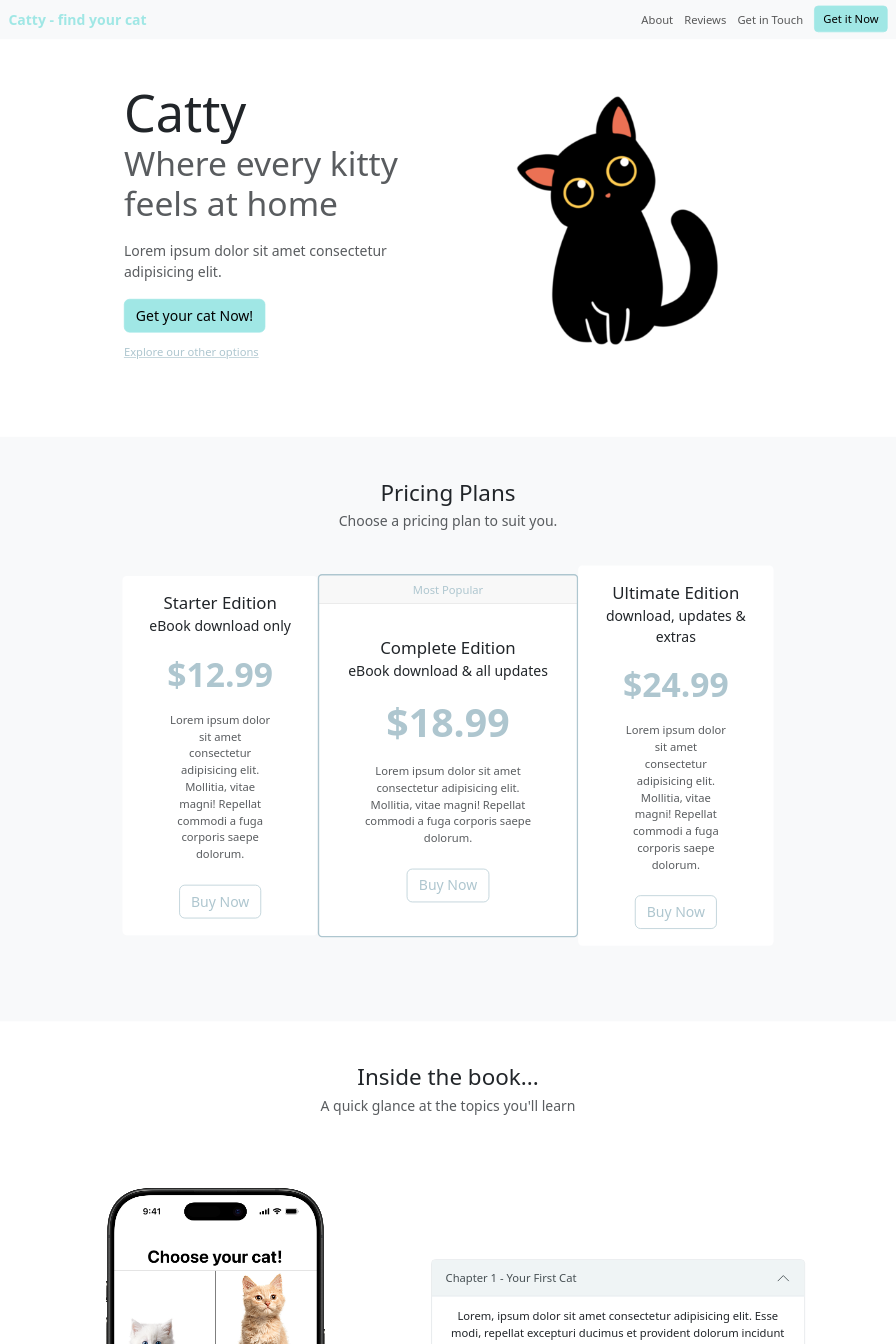
Repository: rihebtlh/catty-storefront
Page: index.html
The author's editor kept a copy of each file at every save. The page is drawn from the files as they stood at one save, then again after the next save.
The browser window is 1280 px wide. The pictures show the part of the page from y = 0 to 1920 px (the page is 4528 px tall before and 4530 px after), at 70% of full size.
The style sheet was rebuilt from its Sass, Less or Tailwind sources for each picture, by a compiler version that may differ from the author's.

Above is the page before, as saved 2025-06-23 19:06:56.

After the next save:
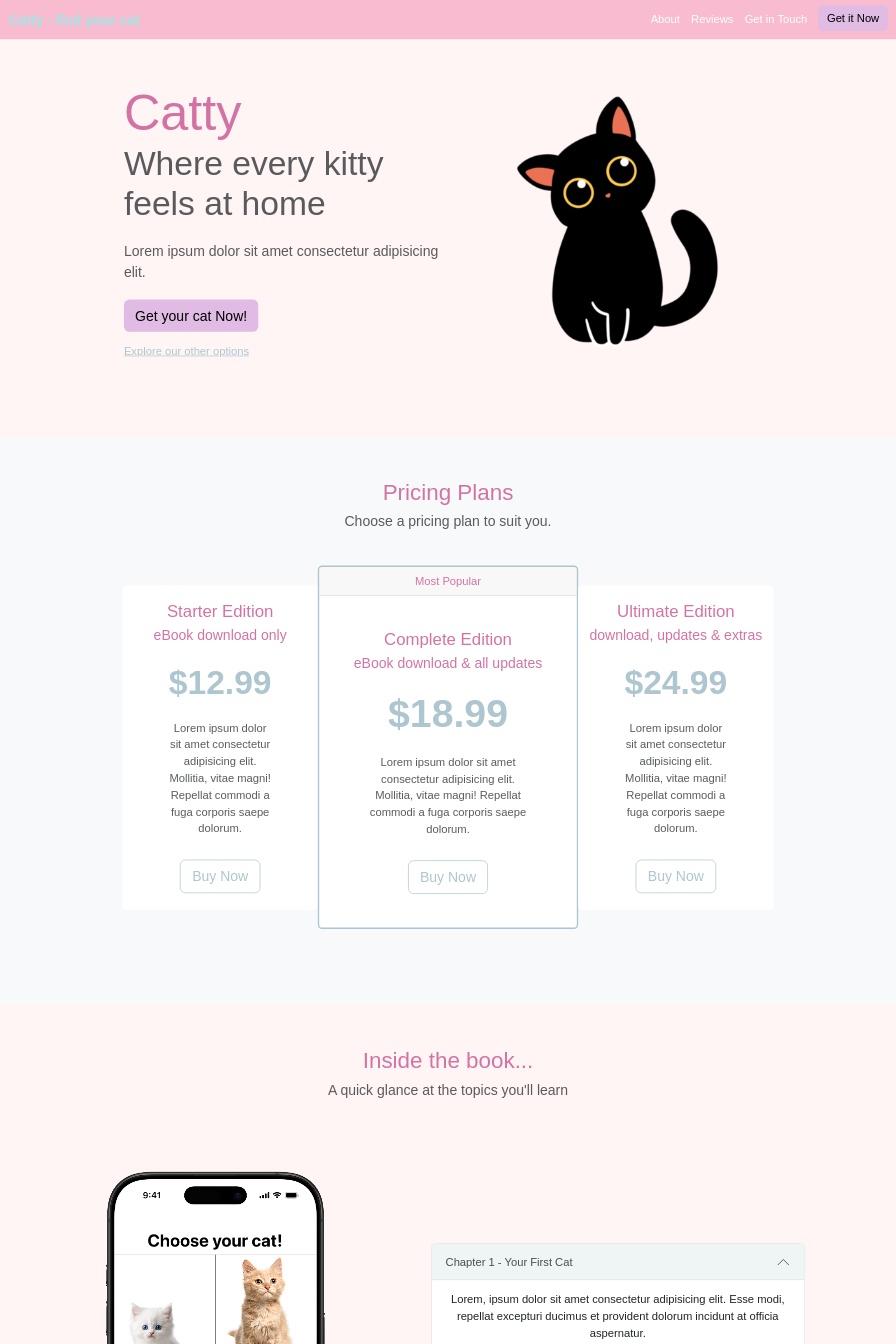
Saved 114 s later.
--- a/index.html
+++ b/index.html
@@ -9,8 +9,75 @@
   <link rel="stylesheet" href="https://cdn.jsdelivr.net/npm/bootstrap-icons@1.13.1/font/bootstrap-icons.min.css">
   <title>Catty</title>
   <style>
+    body {
+      font-family: 'Quicksand', sans-serif;
+      background-color: #FFF5F5;
+      color: #4A4A4A;
+    }
+
     section {
       padding: 60px 0;
+    }
+
+    .navbar {
+      background-color: #F8BBD0 !important;
+    }
+
+    .navbar-brand span {
+      color: white;
+    }
+
+    .nav-link {
+      color: white !important;
+    }
+
+    .btn-secondary {
+      background-color: #E0BBE4;
+      border: none;
+    }
+
+    .btn-secondary:hover {
+      background-color: #d3a8e1;
+    }
+
+    .btn-primary {
+      background-color: #F8BBD0;
+      border: none;
+    }
+
+    .btn-primary:hover {
+      background-color: #f29fc2;
+    }
+
+    h1, h2, h4 {
+      color: #D473A3;
+    }
+
+    .card-header, .card-title, .card-subtitle {
+      color: #D473A3 !important;
+    }
+
+    .accordion-button {
+      background-color: #F8BBD0;
+      color: #4A4A4A;
+    }
+
+    .offcanvas, .modal-content {
+      background-color: #FFF0F5;
+    }
+
+    .form-label {
+      font-weight: 600;
+    }
+
+    .list-group-item {
+      background-color: #ffffff;
+      border-radius: 10px;
+      margin-bottom: 10px;
+    }
+
+    .list-group-item h5 {
+      color: #D473A3;
     }
   </style>
 </head>

After the save that followed:
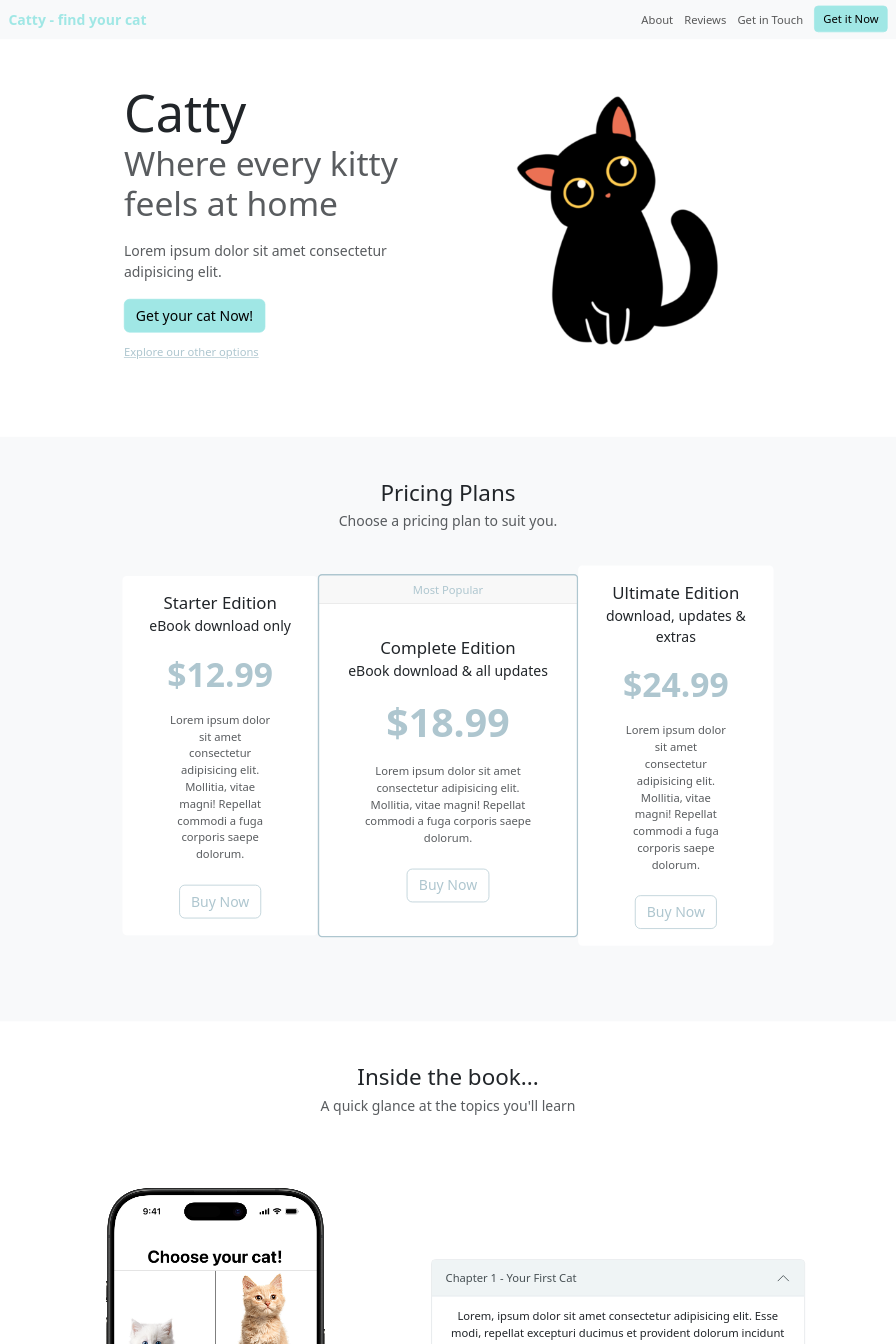
Saved 24 s later.
--- a/index.html
+++ b/index.html
@@ -9,75 +9,8 @@
   <link rel="stylesheet" href="https://cdn.jsdelivr.net/npm/bootstrap-icons@1.13.1/font/bootstrap-icons.min.css">
   <title>Catty</title>
   <style>
-    body {
-      font-family: 'Quicksand', sans-serif;
-      background-color: #FFF5F5;
-      color: #4A4A4A;
-    }
-
     section {
       padding: 60px 0;
-    }
-
-    .navbar {
-      background-color: #F8BBD0 !important;
-    }
-
-    .navbar-brand span {
-      color: white;
-    }
-
-    .nav-link {
-      color: white !important;
-    }
-
-    .btn-secondary {
-      background-color: #E0BBE4;
-      border: none;
-    }
-
-    .btn-secondary:hover {
-      background-color: #d3a8e1;
-    }
-
-    .btn-primary {
-      background-color: #F8BBD0;
-      border: none;
-    }
-
-    .btn-primary:hover {
-      background-color: #f29fc2;
-    }
-
-    h1, h2, h4 {
-      color: #D473A3;
-    }
-
-    .card-header, .card-title, .card-subtitle {
-      color: #D473A3 !important;
-    }
-
-    .accordion-button {
-      background-color: #F8BBD0;
-      color: #4A4A4A;
-    }
-
-    .offcanvas, .modal-content {
-      background-color: #FFF0F5;
-    }
-
-    .form-label {
-      font-weight: 600;
-    }
-
-    .list-group-item {
-      background-color: #ffffff;
-      border-radius: 10px;
-      margin-bottom: 10px;
-    }
-
-    .list-group-item h5 {
-      color: #D473A3;
     }
   </style>
 </head>
